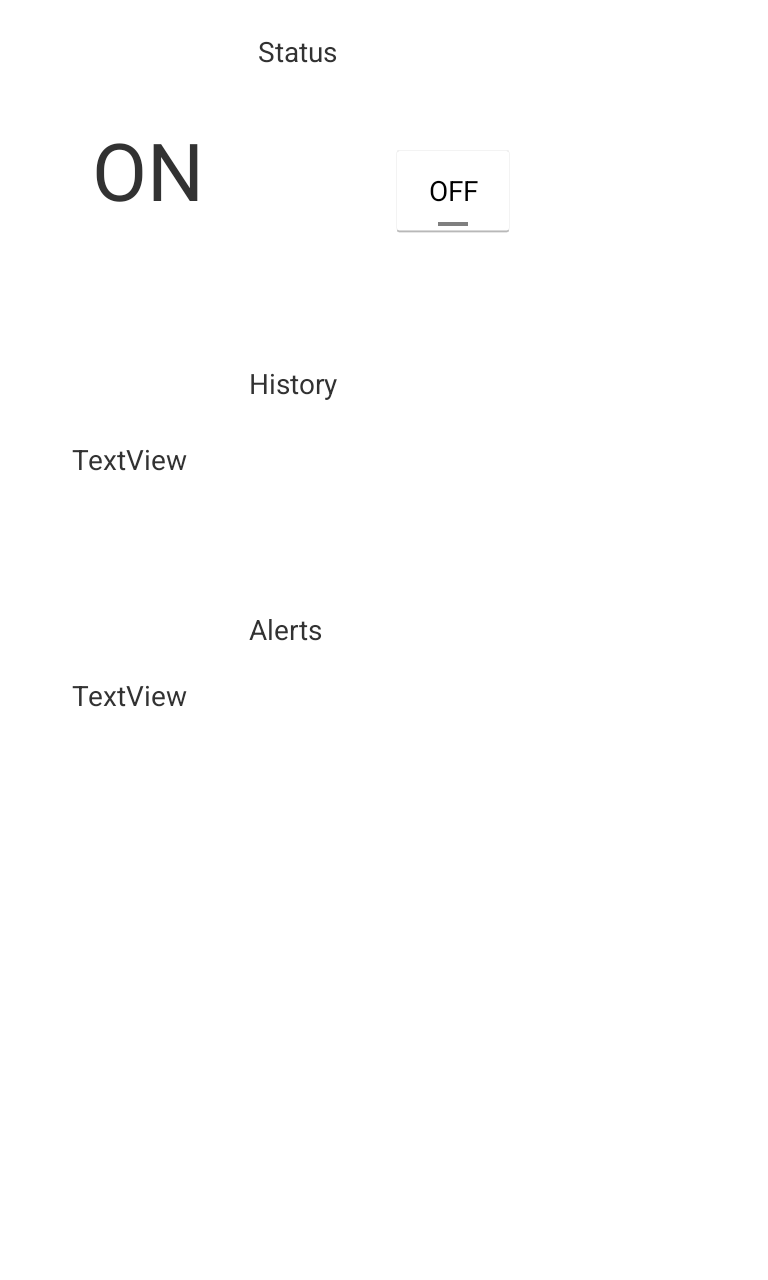
Repository: CTIS-SP-Team5/greenAgent
Layout: Android/GreenAgent/GreenAgent/res/layout/activity_actuator.xml
These files come from the project's save history. The layout is drawn as it stood at one moment and after the next save; the edit follows.
It is drawn on a 768 x 1280 px phone screen (xhdpi) without system bars, with theme AppTheme; the app's code is not run.

Above is the layout before, as saved 2014-05-05 17:49:54.

### Android/GreenAgent/GreenAgent/res/layout/activity_actuator.xml
<RelativeLayout xmlns:android="http://schemas.android.com/apk/res/android"
    xmlns:tools="http://schemas.android.com/tools"
    android:layout_width="match_parent"
    android:layout_height="match_parent"
    android:paddingBottom="@dimen/activity_vertical_margin"
    android:paddingLeft="@dimen/activity_horizontal_margin"
    android:paddingRight="@dimen/activity_horizontal_margin"
    android:paddingTop="@dimen/activity_vertical_margin"
    tools:context=".ActuatorActivity" >

    <TextView
        android:id="@+id/textView2"
        android:layout_width="wrap_content"
        android:layout_height="wrap_content"
        android:layout_alignParentLeft="true"
        android:layout_marginLeft="113dp"
        android:text="Status" />

    <TextView
        android:id="@+id/textView1"
        android:layout_width="wrap_content"
        android:layout_height="wrap_content"
        android:layout_alignParentLeft="true"
        android:layout_below="@+id/textView2"
        android:layout_marginLeft="30dp"
        android:layout_marginTop="23dp"
        android:text="ON"
        android:textSize="40dp"/>

    <ToggleButton
        android:id="@+id/toggleButton1"
        android:layout_width="wrap_content"
        android:layout_height="wrap_content"
        android:layout_alignBaseline="@+id/textView1"
        android:layout_alignBottom="@+id/textView1"
        android:layout_marginLeft="26dp"
        android:layout_toRightOf="@+id/textView2"
        android:text="ToggleButton" />

    <TextView
        android:id="@+id/textView3"
        android:layout_width="wrap_content"
        android:layout_height="wrap_content"
        android:layout_below="@+id/toggleButton1"
        android:layout_marginTop="63dp"
        android:layout_toLeftOf="@+id/toggleButton1"
        android:text="History" />

    <TextView
        android:id="@+id/textView4"
        android:layout_width="wrap_content"
        android:layout_height="wrap_content"
        android:layout_alignLeft="@+id/textView3"
        android:layout_below="@+id/textView3"
        android:layout_marginTop="104dp"
        android:text="Alerts" />

    <TextView
        android:id="@+id/textView5"
        android:layout_width="wrap_content"
        android:layout_height="wrap_content"
        android:layout_alignParentLeft="true"
        android:layout_below="@+id/textView3"
        android:layout_marginLeft="20dp"
        android:layout_marginTop="19dp"
        android:text="TextView" />

    <TextView
        android:id="@+id/textView6"
        android:layout_width="wrap_content"
        android:layout_height="wrap_content"
        android:layout_alignLeft="@+id/textView5"
        android:layout_below="@+id/textView4"
        android:layout_marginTop="14dp"
        android:text="TextView" />

</RelativeLayout>

Loaded but not shown: Android/GreenAgent/GreenAgent/res/values/styles.xml (common file); Android/GreenAgent/GreenAgent/res/values-v11/styles.xml (common file); Android/GreenAgent/GreenAgent/res/values-v14/styles.xml (common file); Android/GreenAgent/GreenAgent/res/values/dimens.xml (common file)

After the next save:
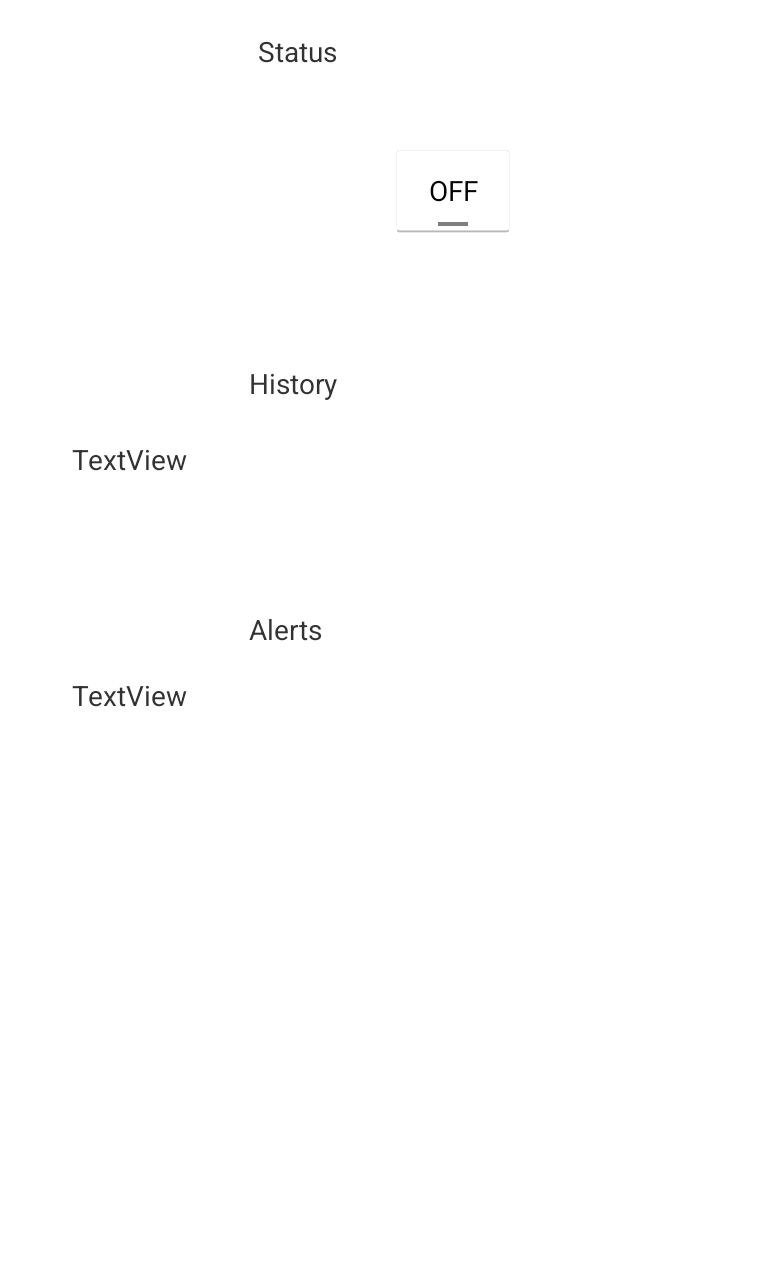
Saved 37 s later.
--- a/Android/GreenAgent/GreenAgent/res/layout/activity_actuator.xml
+++ b/Android/GreenAgent/GreenAgent/res/layout/activity_actuator.xml
@@ -24,7 +24,6 @@
         android:layout_below="@+id/textView2"
         android:layout_marginLeft="30dp"
         android:layout_marginTop="23dp"
-        android:text="ON"
         android:textSize="40dp"/>
 
     <ToggleButton
